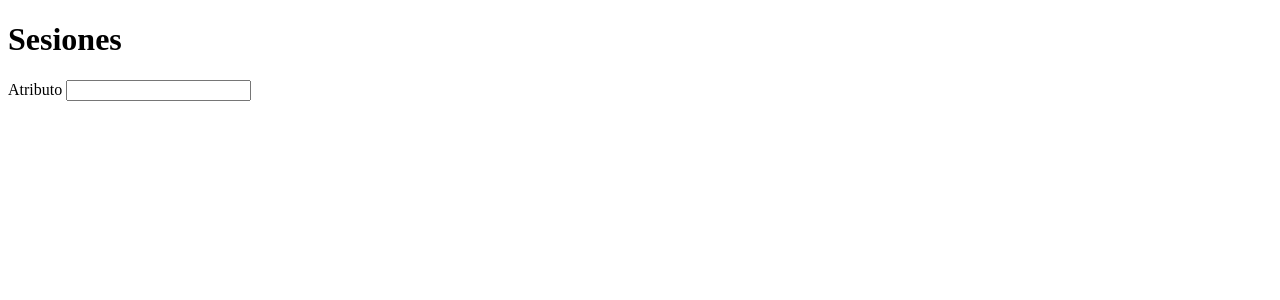
Repository: cgg25/javaee
Page: Sessiones/WebContent/index.html
These files come from the project's save history. The page is drawn as it stood at one moment and after the next save; the edit follows.
The browser window is 1280 px wide. The pictures show the whole page.

Above is the page before, as saved 2017-02-16 18:42:12.

### Sessiones/WebContent/index.html
<!DOCTYPE html>
<html>
<head>
<meta charset="UTF-8">
<title>Sesiones</title>
</head>
<body>
<h1>Sesiones</h1>
	<form action="/Sessiones/anyadir" method="">
		<label>Atributo</label>
		<input type="text" name="atributo">
	</form>
</body>
</html>

After the next save:
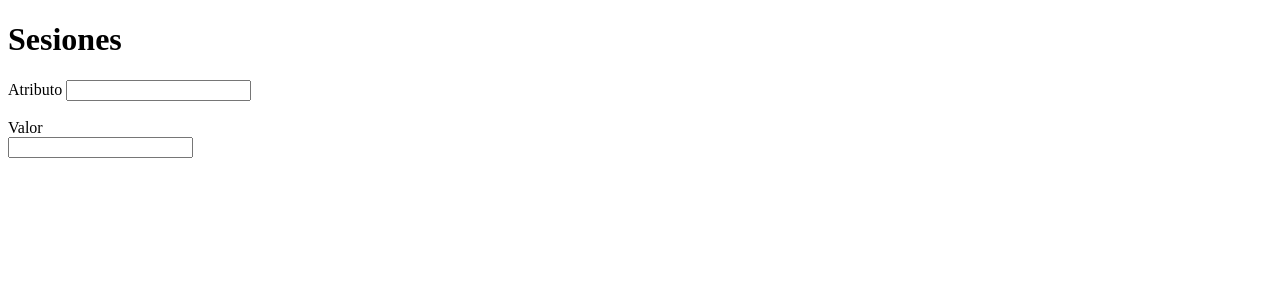
Saved 34 s later.
--- a/Sessiones/WebContent/index.html
+++ b/Sessiones/WebContent/index.html
@@ -9,6 +9,9 @@
 	<form action="/Sessiones/anyadir" method="">
 		<label>Atributo</label>
 		<input type="text" name="atributo">
+		<br><br>
+		<label>Valor</label><br>
+		<input type="text" name="valor">
 	</form>
 </body>
 </html>
